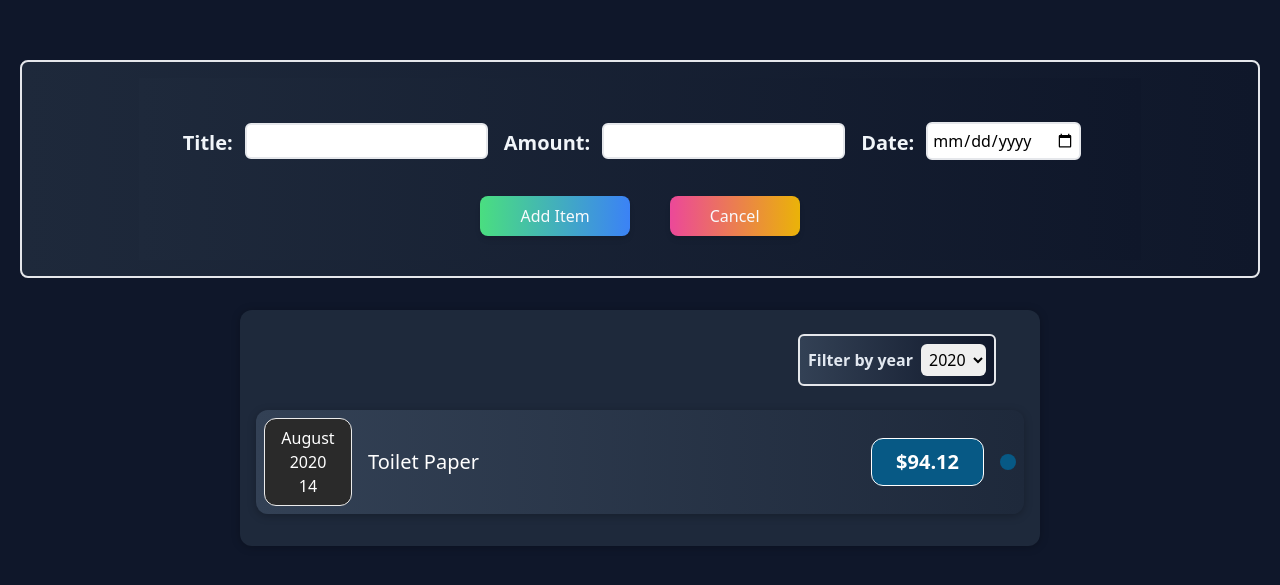
Repository: Sef24/expense-tracker
Page: /, after clicking the first element matching `button`
The author's editor kept a copy of each file at every save. The page is drawn from the files as they stood at one save, then again after the next save.
The browser window is 1280 px wide. The pictures show the whole page.
The project was rebuilt for these pictures with package versions that can differ from the ones it lists, and the page was loaded fresh each time. Also part of the build but not shown: src/components/NewExpense/NewExpense.css, src/components/NewExpense/ExpenseForm.css.

Above is the page before, as saved 2022-05-03 19:42:17.

### public/index.html
<!DOCTYPE html>
<html lang="en">
  <head>
    <meta charset="utf-8" />
    <link rel="icon" href="%PUBLIC_URL%/favicon.ico" />
    <meta name="viewport" content="width=device-width, initial-scale=1" />

    <meta
      name="description"
      content="Web site created using create-react-app"
    />
    <link rel="apple-touch-icon" href="%PUBLIC_URL%/logo192.png" />
    <!--
      manifest.json provides metadata used when your web app is installed on a
      user's mobile device or desktop. See https://developers.google.com/web/fundamentals/web-app-manifest/
    -->
    <link rel="manifest" href="%PUBLIC_URL%/manifest.json" />
    <!--
      Notice the use of %PUBLIC_URL% in the tags above.
      It will be replaced with the URL of the `public` folder during the build.
      Only files inside the `public` folder can be referenced from the HTML.

      Unlike "/favicon.ico" or "favicon.ico", "%PUBLIC_URL%/favicon.ico" will
      work correctly both with client-side routing and a non-root public URL.
      Learn how to configure a non-root public URL by running `npm run build`.
    -->
    <title>React App</title>
  </head>
  <body>
    <noscript>You need to enable JavaScript to run this app.</noscript>
    <div id="root"></div>
    <!--
      This HTML file is a template.
      If you open it directly in the browser, you will see an empty page.

      You can add webfonts, meta tags, or analytics to this file.
      The build step will place the bundled scripts into the <body> tag.

      To begin the development, run `npm start` or `yarn start`.
      To create a production bundle, use `npm run build` or `yarn build`.
    -->
  </body>
</html>

### src/index.css
@tailwind base;
@tailwind components;
@tailwind utilities;

@layer base {
  body {
    @apply bg-slate-900;
  }
}

### src/App.js
import Expenses from "./components/Expenses";
import NewExpense from "./components/NewExpense/NewExpense";
import { useState } from "react";

const DUMMY_DATA = [
  {
    id: "e1",
    title: "Toilet Paper",
    amount: 94.12,
    date: new Date(2020, 7, 14),
  },
  { id: "e2", title: "New TV", amount: 799.49, date: new Date(2021, 2, 12) },
  {
    id: "e3",
    title: "Car Insurance",
    amount: 294.67,
    date: new Date(2021, 2, 28),
  },
  {
    id: "e4",
    title: "New Desk (Wooden)",
    amount: 450,
    date: new Date(2021, 5, 12),
  },
];

function App() {
  const [expenses, setExpenses] = useState(DUMMY_DATA);

  const addExpenseHandler = (expense) => {
    setExpenses((prevExpenses) => {
      return [expense, ...prevExpenses];
    });
  };
  return (
    <div>
      <div>
        <NewExpense onAddExpense={addExpenseHandler} />
        <Expenses items={expenses} />
      </div>
    </div>
  );
}

export default App;

### src/components/Expenses.js
import React, { useState } from "react";
import ExpenseItem from "./ExpenseItem";
import "./Expenses.css";
import ExpensesList from "./ExpensesList";
import ExpensesFilter from "./NewExpense/ExpensesFilter";

function Expenses(props) {
  const [filteredYear, setFilteredYear] = useState("2020");

  const filterChangeHandler = (selectedYear) => {
    setFilteredYear(selectedYear);
  };

  const filteredExpenses = props.items.filter((expense) => {
    return expense.date.getFullYear().toString() === filteredYear;
  });

  return (
    <div>
      <div className="expenses  bg-slate-800 ... ">
        <ExpensesFilter
          selected={filteredYear}
          onChangeFilter={filterChangeHandler}
        />
        <ExpensesList items={filteredExpenses} />
      </div>
    </div>
  );
}

export default Expenses;

### src/components/NewExpense/NewExpense.js
import React from "react";
import "./NewExpense.css";
import ExpenseForm from "./ExpenseForm";
import { useState } from "react";

function NewExpense(props) {
  const [isEditing, setIsEditing] = useState(false);

  const saveExpenseDataHandler = (enteredExpenseData) => {
    const expenseData = {
      ...enteredExpenseData,
      id: Math.random().toString(),
    };

    props.onAddExpense(expenseData);
    setIsEditing(false);
  };

  const startEditingHandler = () => {
    setIsEditing(true);
  };

  const stopEditingHandler = () => {
    setIsEditing(false);
  };

  return (
    <div className="flex flex-col sm:flex-row m-5 justify-between items-center h-auto rounded-lg">
      <div
        className="flex flex-grow justify-evenly w-full p-4 mt-10 items-center  border-2
      bg-gradient-to-r from-slate-800 to-slate-900 ... px-10 rounded-lg"
      >
        {!isEditing && (
          <button
            onClick={startEditingHandler}
            className="flex items-center justify-center border-2 p-4 rounded-full text-slate-50
          cursor-pointer transition duration-100 transform hover:scale-125 hover:text-white
          bg-cyan-500 text-extra-bold
          "
          >
            Add Expense
          </button>
        )}
        {isEditing && (
          <ExpenseForm
            onSaveExpenseData={saveExpenseDataHandler}
            onCancel={stopEditingHandler}
          />
        )}
      </div>
    </div>
  );
}

export default NewExpense;

### src/components/ExpenseItem.js
import React, { useState } from "react";
import "./ExpenseItem.css";
import ExpenseDate from "./ExpenseDate";

function ExpenseItem(props) {
  const [title, setTitle] = useState(props.title);

  const clickHandler = () => {
    setTitle("Updated");
    console.log(title);
  };

  return (
    <li>
      <div className="expense-item bg-gradient-to-r  from-slate-700  to-slate-800 ... border-x-cyan-100 ">
        <ExpenseDate date={props.date} />

        <div className="expense-item__description">
          <h2>{props.title}</h2>

          <div className="expense-item__price bg-sky-800">${props.amount}</div>
        </div>
        <button
          className="p-2 ml-4 border-transparent rounded-full border-0
        bg-sky-800 font-bold text-slate-50"
          onClick={clickHandler}
        ></button>
      </div>
    </li>
  );
}

export default ExpenseItem;

### src/components/Expenses.css
.expenses {
  padding: 1rem;

  margin: 2rem auto;
  width: 50rem;
  max-width: 95%;
  border-radius: 12px;
  box-shadow: 0 1px 8px rgba(0, 0, 0, 0.25);
}

### src/components/ExpensesList.js
import React from "react";

import ExpenseItem from "./ExpenseItem";

const ExpensesList = (props) => {
  if (props.items.length === 0) {
    return (
      <h2 className="text-white font-extrabold text-xl flex items-center justify-center">
        Found no expenses...
      </h2>
    );
  }

  return (
    <ul>
      {props.items.map((expense) => (
        <ExpenseItem
          key={expense.id}
          id={expense.id}
          title={expense.title}
          amount={expense.amount}
          date={expense.date}
        />
      ))}
    </ul>
  );
};

export default ExpensesList;

### src/components/NewExpense/ExpensesFilter.js
import React from "react";

const ExpensesFilter = (props) => {
  const dropdownChangeHandler = (event) => {
    props.onChangeFilter(event.target.value);
  };
  return (
    <div className="">
      <div className="flex justify-end p-2 mr-5 ">
        <div
          className="border-2  rounded-md border-inherit p-2 ml-6
        bg-gradient-to-r from-slate-700 to-slate-900 ..."
        >
          <label className="text-slate-200 font-bold mr-2">
            Filter by year
          </label>
          <select
            value={props.selected}
            onChange={dropdownChangeHandler}
            className="rounded-md p-1"
          >
            <option value="2022">2022</option>
            <option value="2021">2021</option>
            <option value="2020">2020</option>
            <option value="2019">2019</option>
          </select>
        </div>
      </div>
    </div>
  );
};

export default ExpensesFilter;

### src/components/NewExpense/ExpenseForm.js
import React, { useState } from "react";
import "./ExpenseForm.css";

function ExpenseForm(props) {
  const [titleHandler, setTitleHandler] = useState("");
  const [amountHandler, setAmountHandler] = useState("");
  const [dateHandler, setDateHandler] = useState("");

  const handleTitleChange = (event) => {
    setTitleHandler(event.target.value);
  };

  const handleAmountChange = (event) => {
    setAmountHandler(event.target.value);
  };

  const handleDateChange = (event) => {
    setDateHandler(event.target.value);
  };

  const handleSubmit = (event) => {
    event.preventDefault();

    const expenseData = {
      title: titleHandler,
      amount: amountHandler,
      date: new Date(dateHandler),
    };
    props.onSaveExpenseData(expenseData);
    setTitleHandler("");
    setAmountHandler("");
    setDateHandler("");
  };

  return (
    <form
      className="bg-gradient-to-r from-slate-800 to-slate-900 ... p-6 mx-8 "
      onSubmit={handleSubmit}
    >
      <div className="flex flex-col sm:flex-row m-5 justify-between items-center h-auto">
        <div className="font-bold text-slate-100 text-xl mr-1 mt-1">Title:</div>
        <input
          className="border-2 mr-4 ml-2 rounded-md p-1 hover:bg-slate-50 active:bg-slate-50 "
          type="text"
          onChange={handleTitleChange}
          value={titleHandler}
        />

        <div className="font-bold text-slate-100 text-xl mr-1 mt-1">
          Amount:
        </div>
        <input
          className="border-2 mr-4 ml-2 rounded-md p-1 hover:bg-slate-50 active:bg-slate-50"
          type="number"
          min="0.01"
          step="0.01"
          onChange={handleAmountChange}
          value={amountHandler}
        />

        <div className="font-bold text-slate-100 text-xl mr-1 mt-1">Date:</div>
        <input
          className="border-2 mr-4 ml-2 rounded-md p-1 hover:bg-slate-50 active:bg-slate-50"
          type="date"
          onChange={handleDateChange}
          value={dateHandler}
        />
      </div>
      <div className="flex flex-grow space-x-10 items-center justify-center ">
        <button
          type="submit"
          className="p-2 mt-4 px-10 border-3 border-solid rounded-lg shadow-md
          bg-gradient-to-r from-green-400 to-blue-500
          hover:from-pink-500 hover:to-yellow-500 ...
          active:opacity-75 text-slate-50 whitespace-nowrap"
        >
          Add Item
        </button>
        <button
          type="button"
          onClick={props.onCancel}
          className="p-2 mt-4 px-10 border-3 border-solid rounded-lg shadow-md
          bg-gradient-to-r from-pink-500 to-yellow-500
          hover:from-green-400 hover:to-blue-500 ...
          active:opacity-75 text-slate-50 whitespace-nowrap"
        >
          Cancel
        </button>
      </div>
    </form>
  );
}

export default ExpenseForm;

### src/components/ExpenseItem.css
.expense-item {
  display: flex;
  justify-content: space-between;
  align-items: center;
  box-shadow: 0 2px 8px rgba(0, 0, 0, 0.25);
  padding: 0.5rem;
  margin: 1rem 0;
  border-radius: 12px;
}

.expense-item__description {
  display: flex;
  flex-direction: column;
  gap: 1rem;
  align-items: flex-end;
  flex-flow: column-reverse;
  justify-content: flex-start;
  flex: 1;
}

.expense-item h2 {
  color: #3a3a3a;
  font-size: 1rem;
  flex: 1;
  margin: 0 1rem;
  color: white;
}

.expense-item__price {
  font-size: 1rem;
  font-weight: bold;
  color: white;

  border: 1px solid white;
  padding: 0.5rem;
  border-radius: 12px;
}

@media (min-width: 580px) {
  .expense-item__description {
    flex-direction: row;
    align-items: center;
    justify-content: flex-start;
    flex: 1;
  }

  .expense-item__description h2 {
    font-size: 1.25rem;
  }

  .expense-item__price {
    font-size: 1.25rem;
    padding: 0.5rem 1.5rem;
  }
}

### src/components/ExpenseDate.js
import React from "react";
import "./ExpenseDate.css";

function ExpenseDate(props) {
  const month = props.date.toLocaleString("en-US", { month: "long" });
  const day = props.date.getDate();
  const year = props.date.getFullYear();

  return (
    <div className="expense-date">
      <div className="expense__month">{month}</div>
      <div className="expense__year">{year}</div>
      <div className="expense__day">{day}</div>
    </div>
  );
}

export default ExpenseDate;

Loaded but not shown: src/index.js (common file); src/components/ExpenseDate.css (common file); tailwind.config.js (common file)

After the next save:
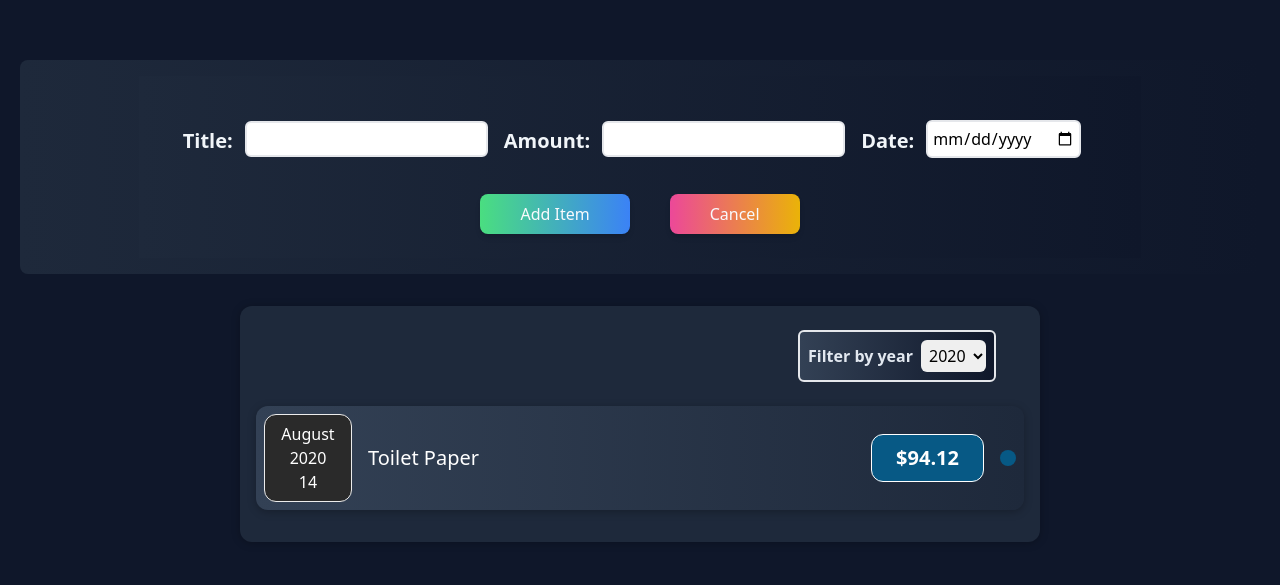
Saved 21 s later.
--- a/src/components/NewExpense/NewExpense.js
+++ b/src/components/NewExpense/NewExpense.js
@@ -27,7 +27,7 @@
   return (
     <div className="flex flex-col sm:flex-row m-5 justify-between items-center h-auto rounded-lg">
       <div
-        className="flex flex-grow justify-evenly w-full p-4 mt-10 items-center  border-2
+        className="flex flex-grow justify-evenly w-full p-4 mt-10 items-center  border-1
       bg-gradient-to-r from-slate-800 to-slate-900 ... px-10 rounded-lg"
       >
         {!isEditing && (

After the save that followed:
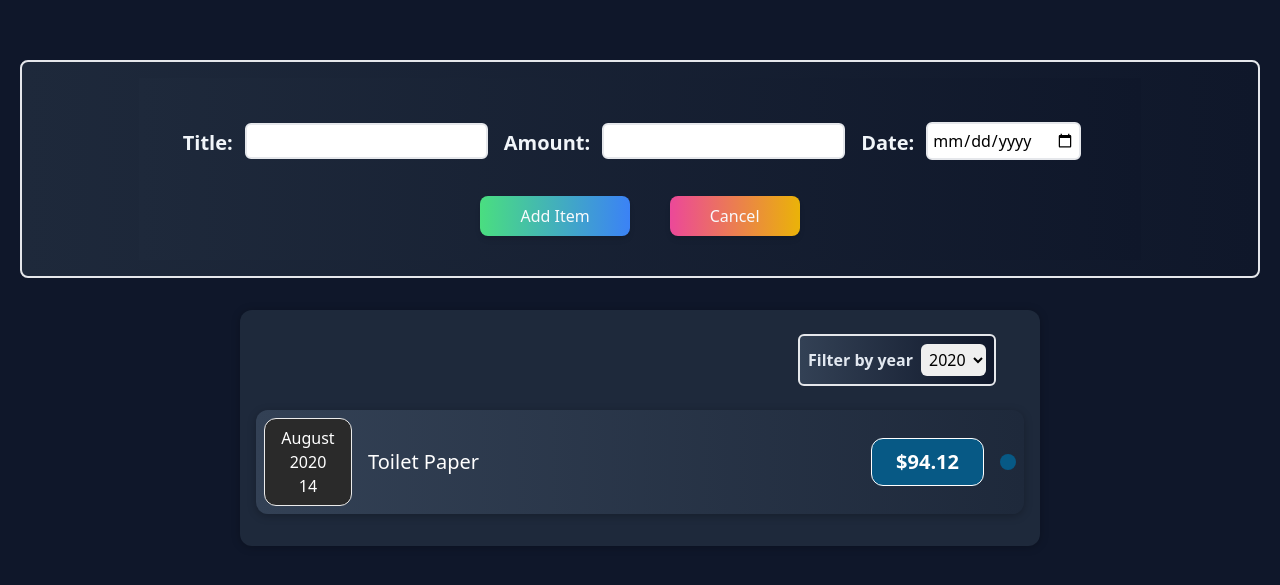
Saved 7 s later.
--- a/src/components/NewExpense/NewExpense.js
+++ b/src/components/NewExpense/NewExpense.js
@@ -27,7 +27,7 @@
   return (
     <div className="flex flex-col sm:flex-row m-5 justify-between items-center h-auto rounded-lg">
       <div
-        className="flex flex-grow justify-evenly w-full p-4 mt-10 items-center  border-1
+        className="flex flex-grow justify-evenly w-full p-4 mt-10 items-center  border-2
       bg-gradient-to-r from-slate-800 to-slate-900 ... px-10 rounded-lg"
       >
         {!isEditing && (
